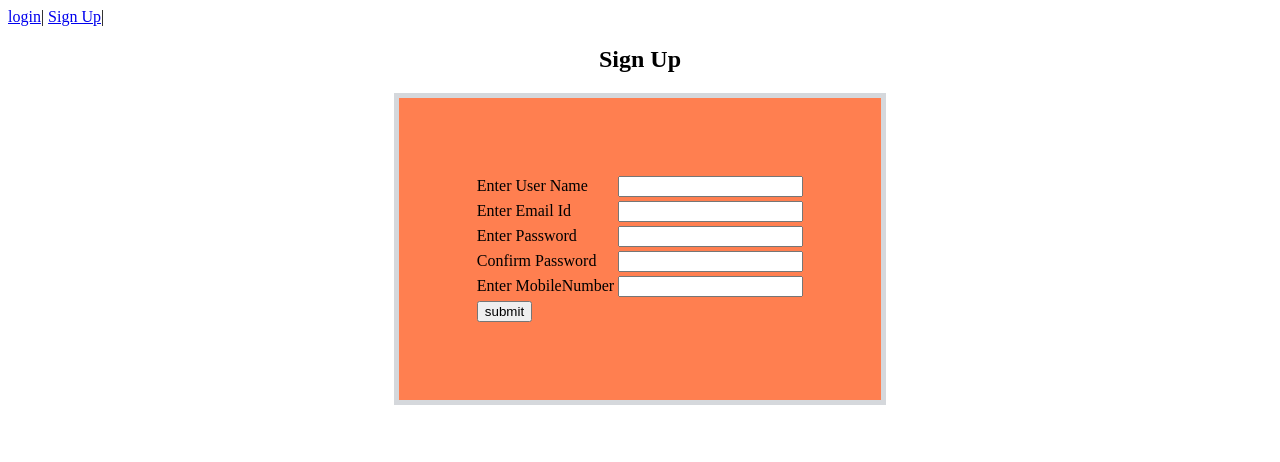
Repository: ashwinipatil321/ServletPrograms
Page: http://localhost/loginAndRegisterServlet/Register.jsp
These files come from the project's save history. The page is drawn as it stood at one moment and after the next save; the edit follows.
The browser window is 1280 px wide. The pictures show the whole page.
Some web libraries are served in a nearby version. The page is served by Tomcat 9.

Above is the page before, as saved 2017-11-07 04:39:11.

After the next save:
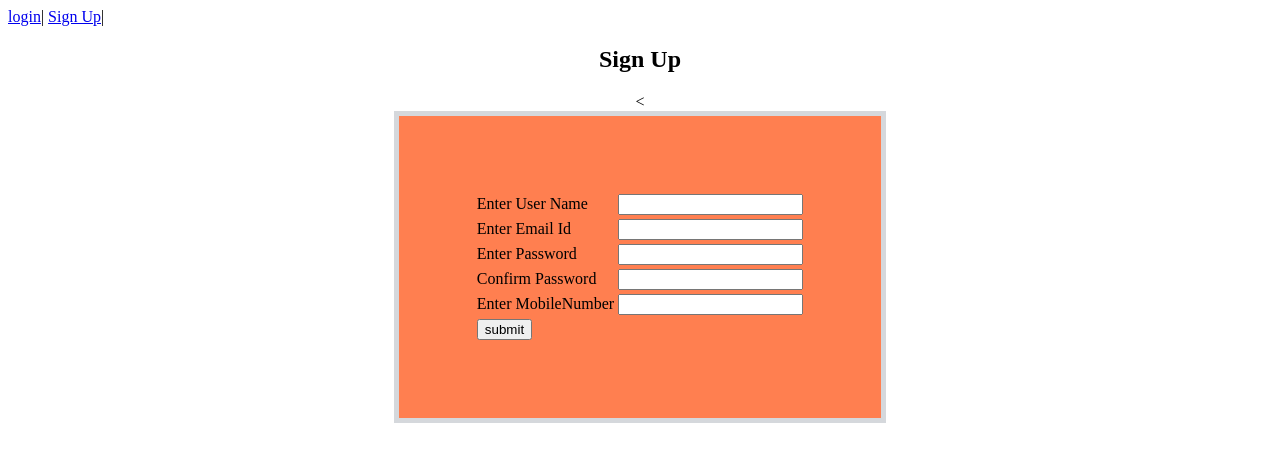
Saved 92 s later.
--- a/loginAndRegisterServlet/WebContent/Register.jsp
+++ b/loginAndRegisterServlet/WebContent/Register.jsp
@@ -76,15 +76,15 @@
 						<td>Enter MobileNumber</td>
 						<td><input type="text" name="MobileNumber"></td>
 					</tr>
-					<center>
+					<
 						<tr>
-							<div style="text-align: center;">
 							<td><input type="submit" value="submit" class="submit"></td>
-							</div>
+
 						</tr>
-					</center>
+
 				</table>
 			</form>
+			</center>
 	</div>
 </body>
 </html>

After the save that followed:
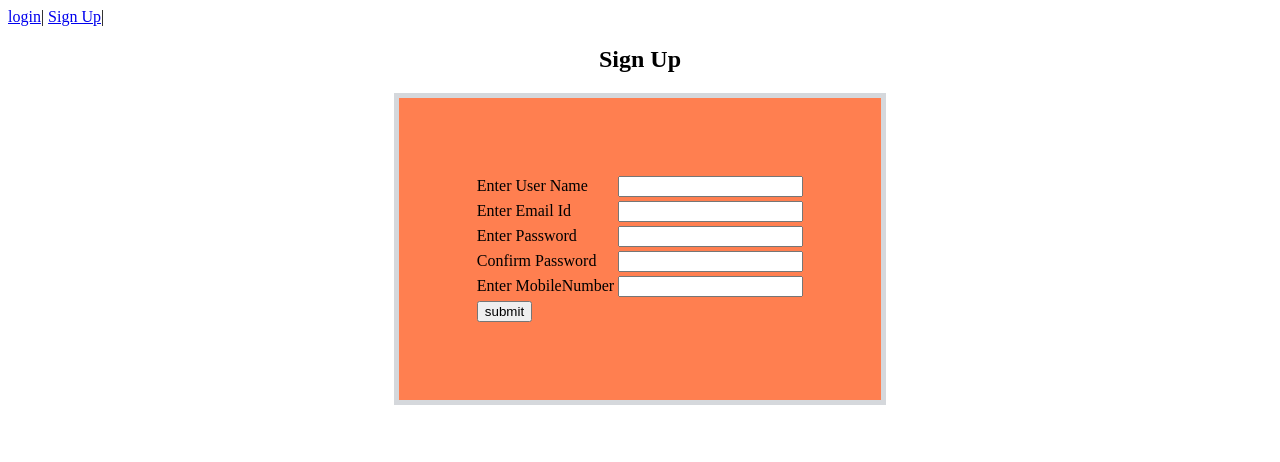
Saved 14 s later.
--- a/loginAndRegisterServlet/WebContent/Register.jsp
+++ b/loginAndRegisterServlet/WebContent/Register.jsp
@@ -76,7 +76,7 @@
 						<td>Enter MobileNumber</td>
 						<td><input type="text" name="MobileNumber"></td>
 					</tr>
-					<
+
 						<tr>
 							<td><input type="submit" value="submit" class="submit"></td>
 
